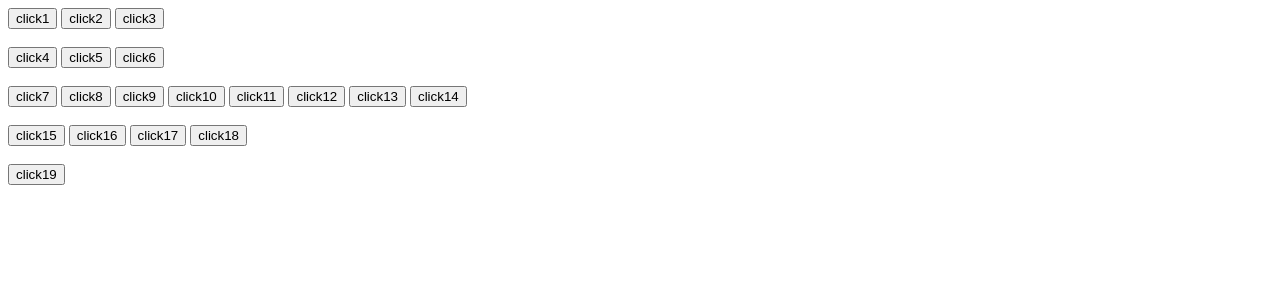
Repository: hong-bi/JsonStudy
Page: JsonApp01/WebContent/JsonTest10.html
The author's editor kept a copy of each file at every save. The page is drawn from the files as they stood at one save, then again after the next save.
The browser window is 1280 px wide. The pictures show the whole page.

Above is the page before, as saved 2019-05-31 07:05:22.

### JsonApp01/WebContent/JsonTest10.html
<meta charset="UTF-8">
<script type="text/javascript">

	var obj6 =
	[
		"test"
	]

	var obj6_1 =
	[
		"test1","test2"
	]

	var obj6_2 =
	[
		"test1","test2",123, 123+1
	]


</script>

<form>

	<input type="button" value="click1" onclick="alert(obj6)">
	<input type="button" value="click2" onclick="alert(obj6_1)">
	<input type="button" value="click3" onclick="alert(obj6_2)">

	<br><br>

	<input type="button" value="click4" onclick="alert(typeof obj6)">
	<input type="button" value="click5" onclick="alert(typeof obj6_1)">
	<input type="button" value="click6" onclick="alert(typeof obj6_2)">
	<br><br>

	<input type="button" value="click7" onclick="alert(obj6[0])">

	<input type="button" value="click8" onclick="alert(typeof obj6[0])">

	<input type="button" value="click9" onclick="alert(obj6[1])">

	<input type="button" value="click10" onclick="alert(obj6_1[0])">
	<input type="button" value="click11" onclick="alert(obj6_1[1])">

	<input type="button" value="click12" onclick="alert(typeof obj6_1[0])">
	<input type="button" value="click13" onclick="alert(typeof obj6_1[1])">

	<input type="button" value="click14" onclick="alert(obj6_1[0] + obj6_1[1])">

	<br><br>

	<input type="button" value="click15" onclick="alert(obj6_2[1])">
	<input type="button" value="click16" onclick="alert(obj6_2[2])">

	<input type="button" value="click17" onclick="alert(typeof obj6_2[1])">
	<input type="button" value="click18" onclick="alert(typeof obj6_2[2])">

	<br><br>

	<input type="button" value="click19" onclick="alert(obj6_2[1] + obj6_2[2])">




</form>

After the next save:
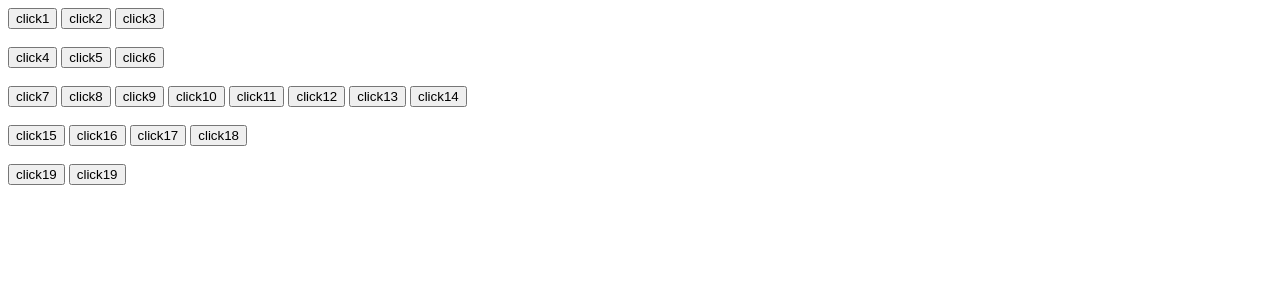
Saved 14 s later.
--- a/JsonApp01/WebContent/JsonTest10.html
+++ b/JsonApp01/WebContent/JsonTest10.html
@@ -58,7 +58,7 @@
 
 	<input type="button" value="click19" onclick="alert(obj6_2[1] + obj6_2[2])">
 
-
+	<input type="button" value="click19" onclick="alert(typeof (obj6_2[1] + obj6_2[2]))">
 
 
 </form>
